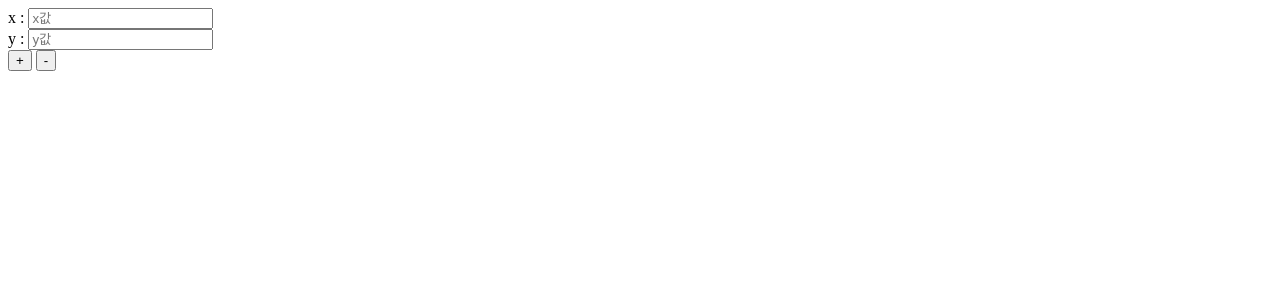
Repository: Hyun0000/JDBC_Jsp_Servelt_Newlec
Page: JSPProject/WebContent/add2.html
The author's editor kept a copy of each file at every save. The page is drawn from the files as they stood at one save, then again after the next save.
The browser window is 1280 px wide. The pictures show the whole page.

Above is the page before, as saved 2021-09-05 04:01:09.

After the next save:
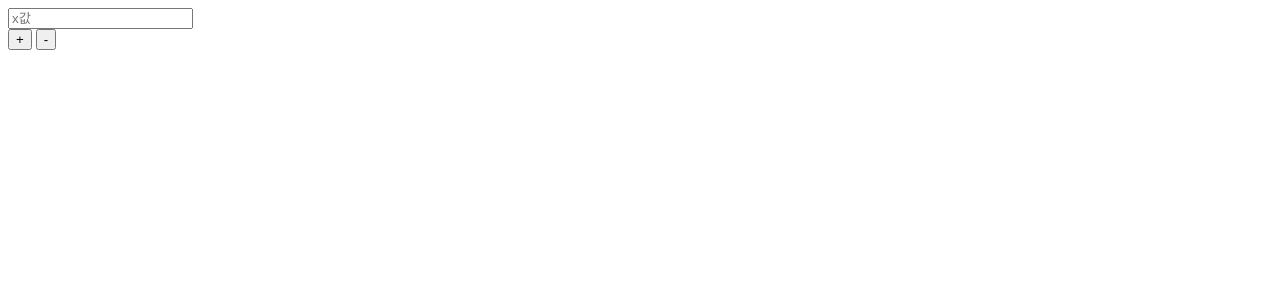
Saved 102 s later.
--- a/JSPProject/WebContent/add2.html
+++ b/JSPProject/WebContent/add2.html
@@ -9,13 +9,8 @@
 		<form action="add2" method = "post">
 
 			<div>
-				<label>x : </label>
 				<input type="text" name = "x" placeholder="x값">
-			</div>
 
-			<div>
-				<label>y : </label>
-				<input type="text" name = "y" placeholder="y값">
 			</div>
 
 			<div>
